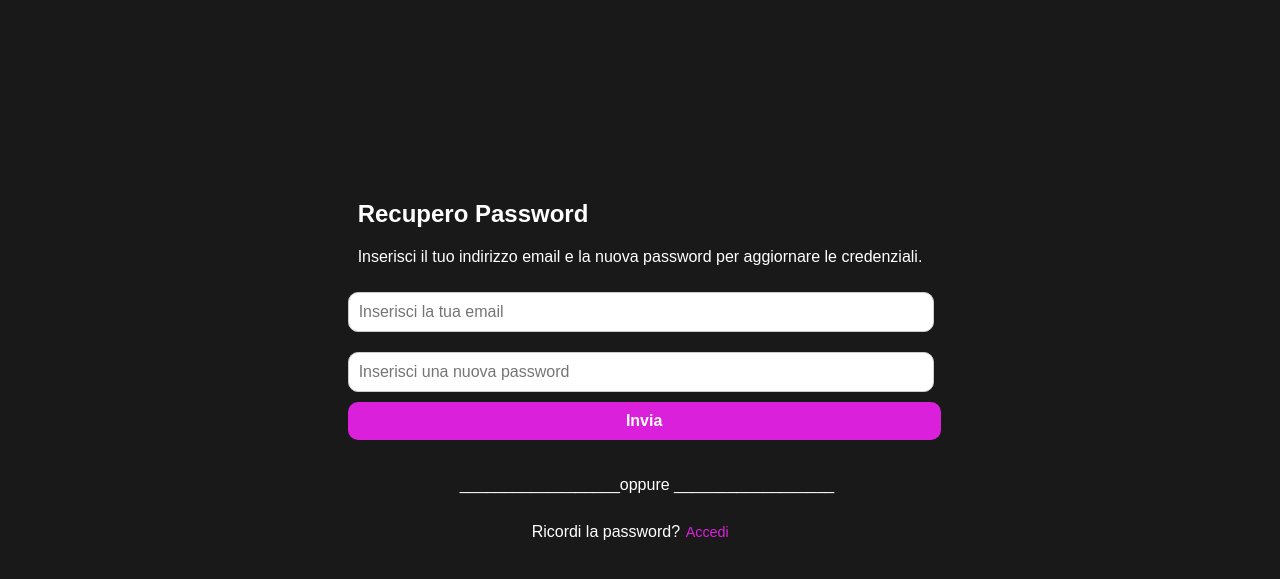
Repository: maxdl98/AppAuto
Page: http://localhost/RecuperoPassword
These files come from the project's save history. The page is drawn as it stood at one moment and after the next save; the edit follows.
The browser window is 1280 px wide. The pictures show the whole page.
The pointer rests on the first visible `.form button`.
The page is this project's Thymeleaf template; nobody is signed in. The template is opened directly, without the code that normally fills it, so the values that code supplies are empty.

Above is the page before, as saved 2025-01-13 08:30:50.

### AutoApp/src/main/resources/templates/RecuperoPassword.html
<!DOCTYPE html>
<html lang="en">

<head>
    <meta charset="UTF-8">
    <meta name="viewport" content="width=device-width, initial-scale=1.0">
    <title>Recupero Password</title>
    <style>
        /* Stile generale */
        body {
            background-color: rgba(0, 0, 0, 0.9);
            display: flex;
            justify-content: center;
            align-items: center;
            height: 100vh;
            margin: 0;
            font-family: Arial, sans-serif;
            color: white;
        }

        .form h2 {
            margin-bottom: 20px;
            color: white;
        }

        .form input[type="email"],
        .form input[type="password"] {
            width: 100%;
            padding: 10px;
            margin: 10px 0;
            border: 1px solid #ccc;
            border-radius: 10px;
            font-size: 1rem;
            position: relative;
            right: 10px;
        }

        .form button {
            width: 105%;
            padding: 10px;
            background-color: #da20da;
            border: none;
            border-radius: 10px;
            color: white;
            font-size: 1rem;
            font-weight: bold;
            cursor: pointer;
            position: relative;
            right: 10px;
        }

        .form button:hover {
            background-color: #da20da;
        }

        .form a {
            display: block;
            margin-top: 15px;
            text-decoration: none;
            font-size: 0.9rem;
            position: relative;
            left: 328px;
            color: #da20da;
        }

        .form a:hover {
            text-decoration: underline;
        }

        .oppure {
            position: relative;
            left: 102px;
            top: 20px;
        }

        .ricordi {
            position: relative;
            top: 33px;
            left: 174px;
        }
    </style>
</head>

<body>
    <div class="form">
        <h2>Recupero Password</h2>
        <p>Inserisci il tuo indirizzo email e la nuova password per aggiornare le credenziali.</p>
        <form id="passwordRecoveryForm">
            <!-- Aggiungi un attributo name non comune -->
            <input id="em" type="email" name="email_recovery" placeholder="Inserisci la tua email" autocomplete="off" required>
            <!-- Modifica l'autocomplete della password per evitare il riempimento automatico -->
            <input id="pass" type="password" name="password_recovery" placeholder="Inserisci una nuova password" autocomplete="new-password" required>
            <button type="submit">Invia</button>
        </form>
        <p class="oppure"> __________________oppure __________________ </p>
        <p class="ricordi"> Ricordi la password? </p>
        <a class="accedi" href="Login.html"> Accedi </a>
    </div>

    <script>
        document.addEventListener("DOMContentLoaded", function () {
            const emailInput = document.getElementById("em");
            const passwordInput = document.getElementById("pass");

            if (emailInput) emailInput.value = "";
            if (passwordInput) passwordInput.value = "";
        });

        // Gestisce il submit del form di recupero password
        document.getElementById("passwordRecoveryForm").addEventListener("submit", async (event) => {
            event.preventDefault(); // Evita il comportamento predefinito del form

            // Ottieni i valori tramite gli ID
            const emailInput = document.getElementById('em').value.trim();
            const passwordInput = document.getElementById('pass').value.trim();

            // Verifica se i campi sono vuoti
            if (!emailInput || !passwordInput) {
                alert("Tutti i campi sono obbligatori.");
                return;
            }

            try {
                // URL dell'API
                const url = 'http://localhost:8080/api/v1/pass';

                // Chiamata API
                const response = await fetch(url, {
                    method: 'PUT',
                    headers: {
                        'Content-Type': 'application/json',
                        'Accept': 'application/json'
                    },
                    body: JSON.stringify({ email: emailInput, password: passwordInput })
                });

                if (!response.ok) {
                    throw new Error(`Errore HTTP: ${response.status}`);
                }

                const result = await response.json();
                console.log('Risultato della risposta:', result);

                alert('Password aggiornata con successo!');
                window.location.href = 'Login.html';

            } catch (error) {
                console.error('Errore durante il fetch:', error);
                alert('Errore: ' + error.message);
            }
        });
    </script>
</body>

</html>

After the next save:
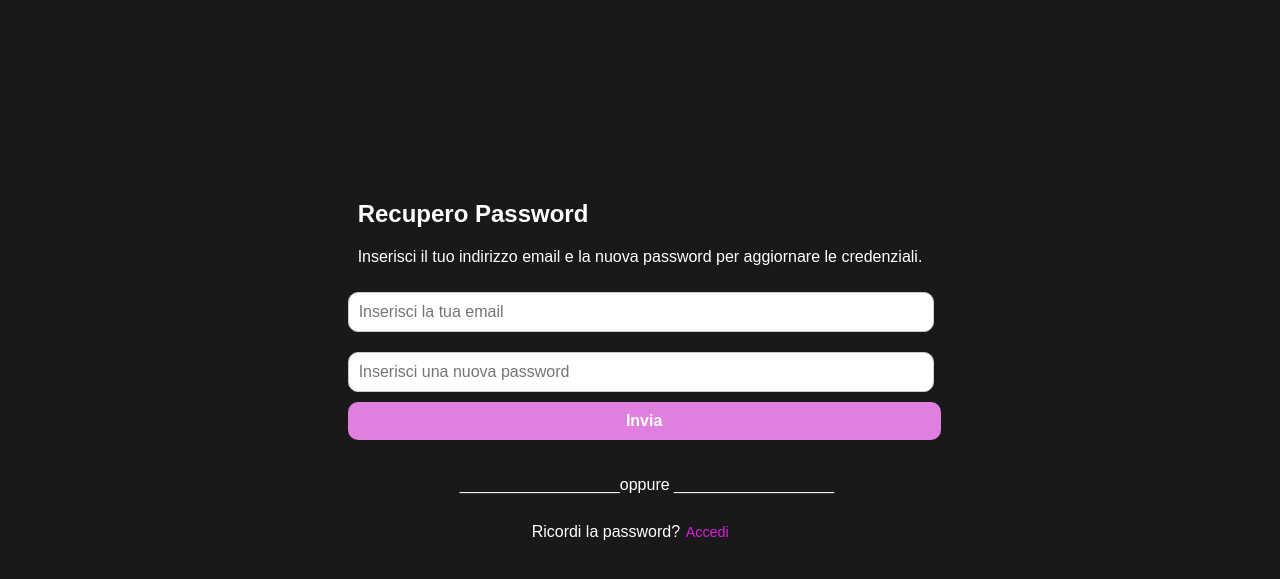
Saved 2 min 4 s later.
--- a/AutoApp/src/main/resources/templates/RecuperoPassword.html
+++ b/AutoApp/src/main/resources/templates/RecuperoPassword.html
@@ -50,7 +50,7 @@
         }
 
         .form button:hover {
-            background-color: #da20da;
+            background-color: #e07fe0;
         }
 
         .form a {
